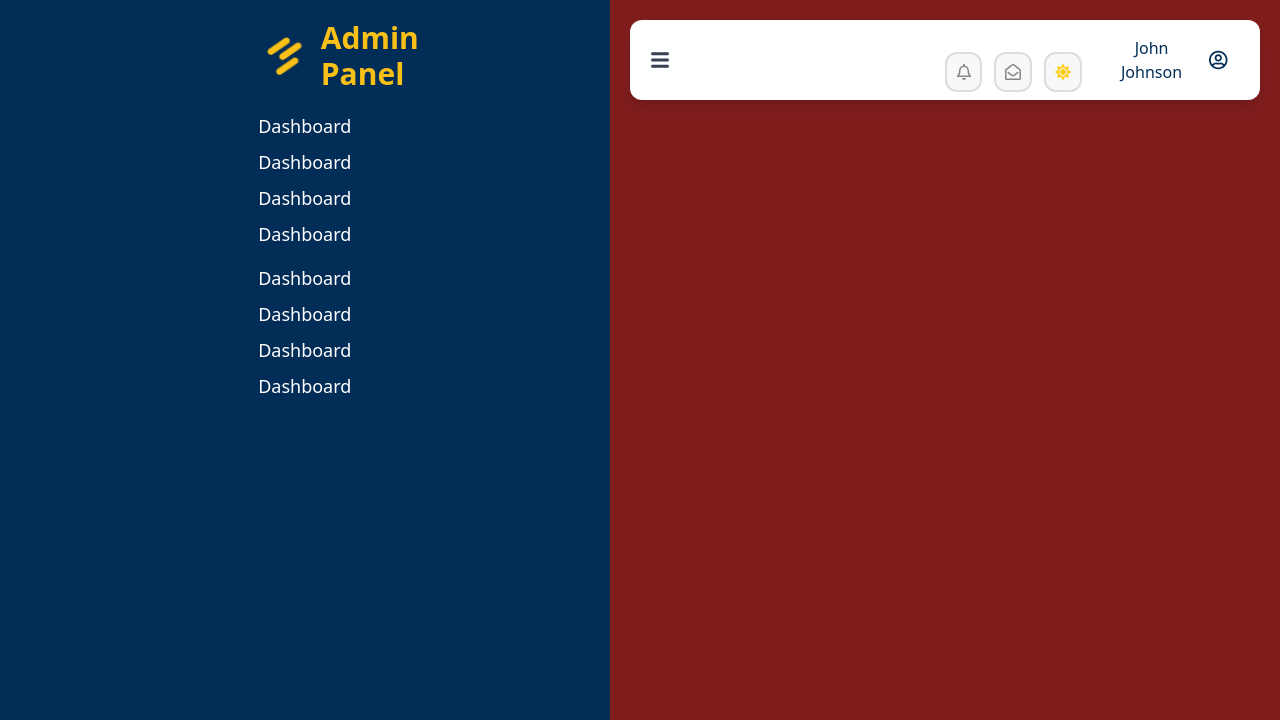
Repository: farrelmuhammad/redesign-bo
Page: /
These files come from the project's save history. The page is drawn as it stood at one moment and after the next save; the edit follows.
The browser window is 1280 px wide. The pictures show the whole page.
The project was rebuilt for these pictures with package versions that can differ from the ones it lists, and the page was loaded fresh each time. Also part of the build but not shown: src/App.css.

Above is the page before, as saved 2024-03-02 19:46:00.

### src/App.tsx
import React from 'react';
import logo from './logo.svg';
import './App.css';
import Navbar from './components/Navbar';
import Sidebar from './components/Sidebar';

function App() {
  return (
    <section className='bg-red-900 h-screen w-screen flex font-poppins text-white'>
      <Sidebar />
      <Navbar />
    </section>
  );
}

export default App;

### src/components/Navbar.tsx
import React from 'react'
import { FaBars, FaMoon, FaRegBell, FaRegEnvelopeOpen, FaRegUserCircle, FaSun } from "react-icons/fa";

const Navbar = () => {
    return (
        <nav className='bg-white h-20 w-full flex flex-row justify-between items-center px-5 m-5 rounded-xl shadow-lg'>
            <div className="flex flex-1 justify-start items-center">
                <button className='text-xl text-gray-700 hover:text-black'>
                    <FaBars />
                </button>
            </div>
            <div className="flex flex-1 flex-row gap-3 justify-end items-end">
                <button className='flex justify-center items-center h-10 w-10 text-[#868686] bg-[#F8F8F8] rounded-xl border-[2px] border-[#DDDDDD] hover:border-gray-500 hover:text-gray-500'>
                    <FaRegBell />
                </button>
                <button className='flex justify-center items-center h-10 w-10 text-[#868686] bg-[#F8F8F8] rounded-xl border-[2px] border-[#DDDDDD] hover:border-gray-500 hover:text-gray-500'>
                    <FaRegEnvelopeOpen />
                </button>
                <button className='flex justify-center items-center h-10 w-10 rounded-xl border-[2px] border-[#DDDDDD] bg-[#F8F8F8] text-yellow-400 hover:border-gray-500 hover:text-yellow-500'>
                    <FaSun />
                    {/* <FaMoon /> */}
                </button>
                <button className='flex flex-row justify-center items-center py-2 px-3 gap-3 text-[#022D57] hover:text-[#1e183a]'>
                    John Johnson <FaRegUserCircle className='text-xl' />
                </button>
            </div>
        </nav>
    )
}

export default Navbar

### src/components/Sidebar.tsx
import React from 'react'
import Logo from '../assets/images/Logo.png'

const Sidebar = () => {
    return (
        <aside className='flex flex-col h-full w-full justify-start items-center bg-[#022D57] py-5'>
            <div className="flex flex-row h-20 w-20 justify-start gap-4 items-center">
                <img className="h-10 w-10" src={Logo} alt="" />
                <h1 className='font-bold text-3xl text-[#F9C017]'>Admin Panel</h1>
            </div>
            <div className="flex flex-col h-full justify-start gap-4 items-start py-5">
                <ul className='flex flex-col gap-2 font-medium text-lg'>
                    <li>Dashboard</li>
                    <li>Dashboard</li>
                    <li>Dashboard</li>
                    <li>Dashboard</li>
                </ul>
                <ul className='flex flex-col gap-2 font-medium text-lg'>
                    <li>Dashboard</li>
                    <li>Dashboard</li>
                    <li>Dashboard</li>
                    <li>Dashboard</li>
                </ul>
            </div>
        </aside>
    )
}

export default Sidebar

Loaded but not shown: public/index.html (common file); src/index.tsx (common file); src/index.css (common file); src/reportWebVitals.ts (common file); tailwind.config.js (common file)

After the next save:
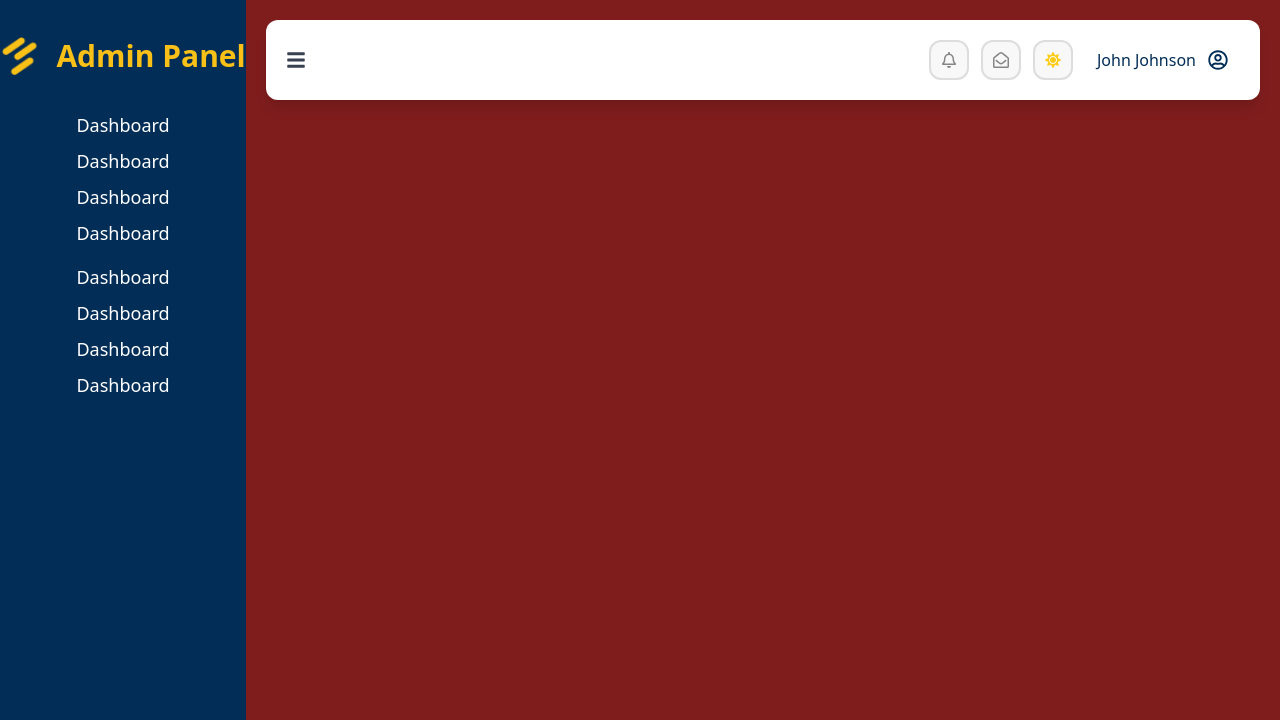
Saved 7 s later.
--- a/src/components/Sidebar.tsx
+++ b/src/components/Sidebar.tsx
@@ -3,8 +3,8 @@ import Logo from '../assets/images/Logo.png'
 
 const Sidebar = () => {
     return (
-        <aside className='flex flex-col h-full w-full justify-start items-center bg-[#022D57] py-5'>
-            <div className="flex flex-row h-20 w-20 justify-start gap-4 items-center">
+        <aside className='flex flex-col h-full w-1/4 justify-start items-center bg-[#022D57] py-5'>
+            <div className="flex flex-row h-20 justify-start gap-4 items-center">
                 <img className="h-10 w-10" src={Logo} alt="" />
                 <h1 className='font-bold text-3xl text-[#F9C017]'>Admin Panel</h1>
             </div>
